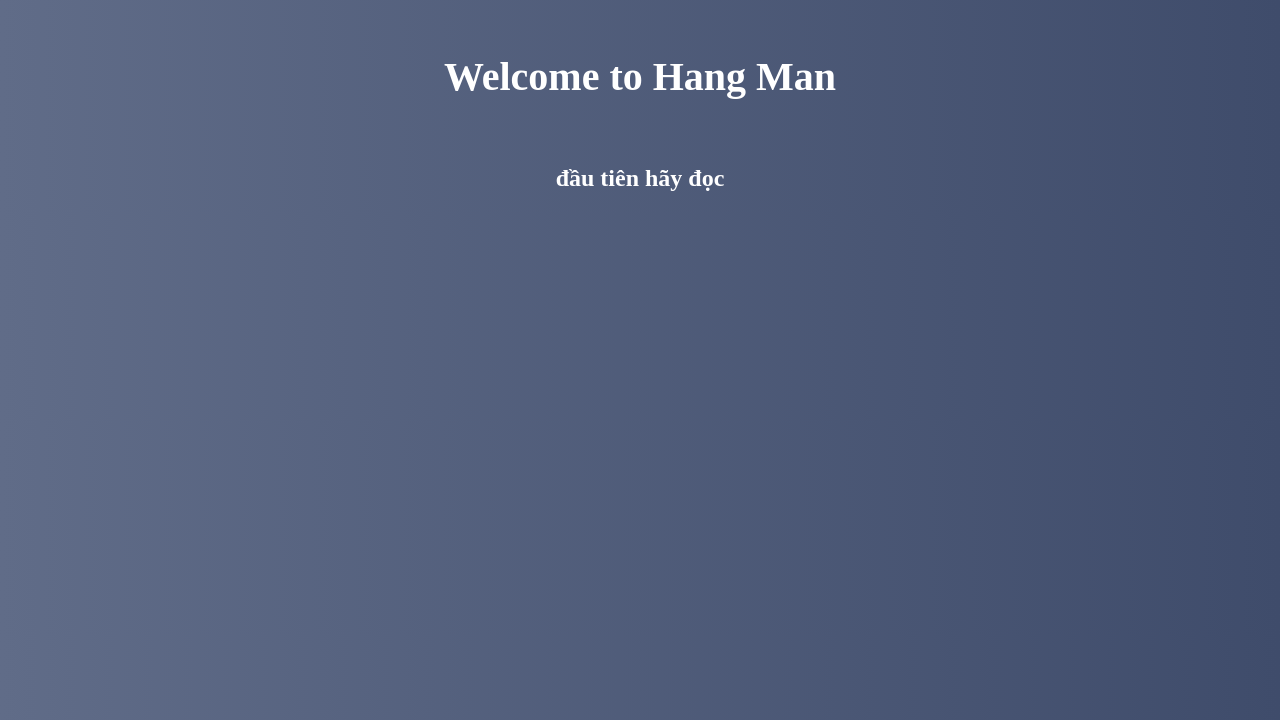
Repository: Darkingfired/Game
Page: hangman.html
These files come from the project's save history. The page is drawn as it stood at one moment and after the next save; the edit follows.
The browser window is 1280 px wide. The pictures show the whole page.

Above is the page before, as saved 2022-09-13 15:55:51.

After the next save:
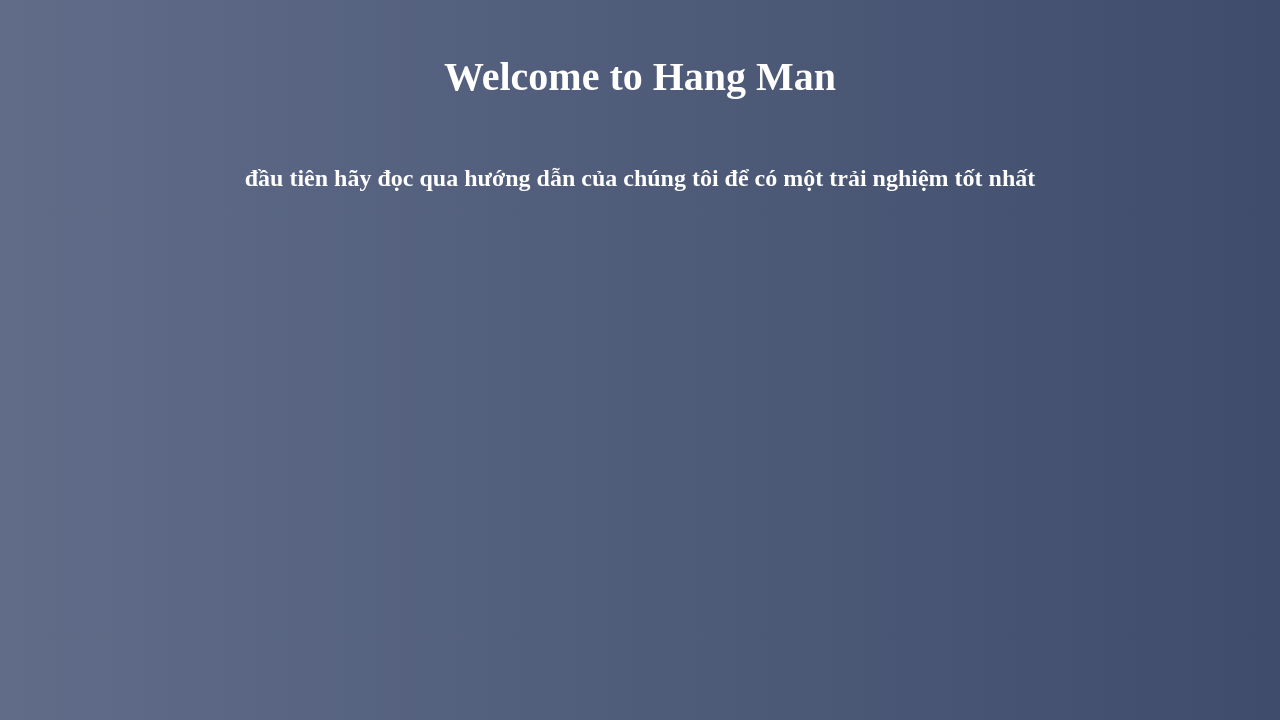
Saved 27 s later.
--- a/hangman.html
+++ b/hangman.html
@@ -10,6 +10,6 @@
 </head>
 <Br>
     <h1>Welcome to Hang Man</h1><Br/>
-    <h2>đầu tiên hãy đọc </h2>
+    <h2>đầu tiên hãy đọc qua hướng dẫn của chúng tôi để có một trải nghiệm tốt nhất</h2>
 </body>
 </html>
